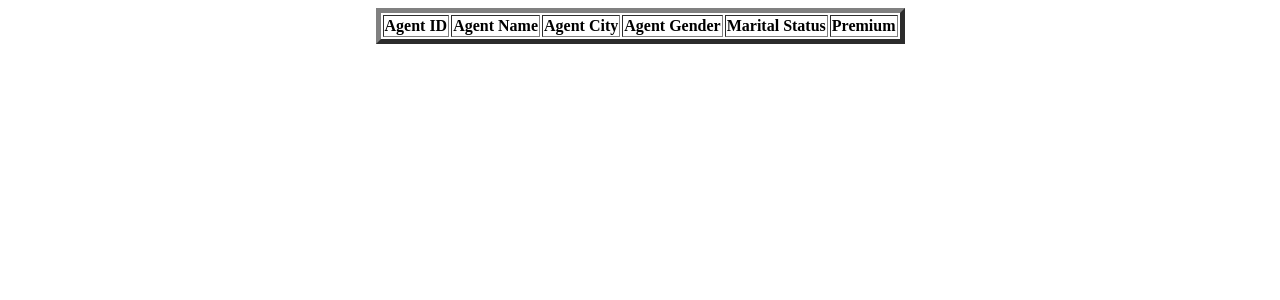
Repository: Guptaji153/Test002
Page: http://localhost/exam/ShowAgent.jsp
The author's editor kept a copy of each file at every save. The page is drawn from the files as they stood at one save, then again after the next save.
The browser window is 1280 px wide. The pictures show the whole page.
The page is served by Tomcat 9. Other server files are loaded and not shown. Queries for data that is not in the repository find no rows.

Above is the page before, as saved 2025-05-06 10:12:01.

### Day2/exam/src/main/webapp/ShowAgent.jsp
<%@page import="com.java.exam.model.Agent"%>
<%@page import="java.util.List"%>
<%@page import="com.java.exam.dao.AgentDaoImpl"%>
<%@page import="com.java.exam.dao.AgentDao"%>
<%@ page language="java" contentType="text/html; charset=ISO-8859-1"
    pageEncoding="ISO-8859-1"%>
<!DOCTYPE html>
<html>
<head>
<meta charset="ISO-8859-1">
<title>Insert title here</title>
</head>
<body>

<%  AgentDao dao = new AgentDaoImpl();
    List<Agent> agentList = dao.showAgentDao();
%>

<table border="5" align="center">
    <tr>
        <th>Agent ID</th>
        <th>Agent Name</th>
        <th>Agent City</th>
        <th>Agent Gender</th>
        <th>Marital Status</th>
        <th>Premium</th>
    </tr>

    <% for (Agent agent : agentList) { %>
        <tr>
            <td><%= agent.getAgentID() %></td>
            <td><%= agent.getName() %></td>
            <td><%= agent.getCity() %></td>
            <td><%= agent.getGender() %></td>
            <td><%= agent.getMaritalStatus() %></td>
            <td><%= agent.getPremium() %></td>
                <td><a href="DeleteAgent.jsp?agentID=<%= agent.getAgentID() %>">Delete Agent</a></td>
<td><a href="UpdateAgent.jsp?agentID=<%= agent.getAgentID() %>">Update Agent</a></td>

        </tr>
    <% } %>
</table>


</body>
</html>

### Day2/exam/src/main/java/com/java/exam/dao/AgentDao.java
package com.java.exam.dao;

import java.sql.SQLException;
import java.util.List;

import com.java.exam.model.Agent;

public interface AgentDao {
List<Agent> showAgentDao() throws ClassNotFoundException, SQLException;

String addAgent(Agent agent) throws ClassNotFoundException, SQLException;
}

### Day2/exam/src/main/java/com/java/exam/dao/AgentDaoImpl.java
package com.java.exam.dao;

import java.sql.Connection;
import java.sql.PreparedStatement;
import java.sql.ResultSet;
import java.sql.SQLException;
import java.util.ArrayList;
import java.util.List;

import com.java.exam.model.Agent;
import com.java.exam.model.Gender;
import com.java.exam.util.ConnectionHelper;

public class AgentDaoImpl implements AgentDao{

	Connection connection;
	PreparedStatement psmt;


	@Override
	public List<Agent> showAgentDao() throws ClassNotFoundException, SQLException {
		List<Agent> agentList = new ArrayList<>();
		Agent agent = null;
		connection = ConnectionHelper.getConnection();
		String query = "select * FROM agent";
		psmt = connection.prepareStatement(query);
		ResultSet rs = psmt.executeQuery();
		while(rs.next()) {
			agent = new Agent();
			agent.setAgentID(rs.getInt("agentID"));
			agent.setName(rs.getString("name"));
			agent.setCity(rs.getString("city"));
			agent.setGender(Gender.valueOf(rs.getString("gender")));
			agent.setMaritalStatus(rs.getInt("maritalStatus"));
			agent.setPremium(rs.getDouble("premium"));
			agentList.add(agent);
		}

		return agentList;


	}


	@Override
	public String addAgent(Agent agent) throws ClassNotFoundException, SQLException {
		// TODO Auto-generated method stub
		String query = "INSERT into AGENT(agentID,name,gender,city,maritalStatus,premium) VALUES (?,?,?,?,?,?)";
		connection = ConnectionHelper.getConnection();
		psmt = connection.prepareStatement(query);
		psmt.setInt(1, agent.getAgentID());
		psmt.setString(2, agent.getName());
		psmt.setString(3, agent.getGender().toString());
		psmt.setString(4, agent.getCity());
		psmt.setInt(5, agent.getMaritalStatus());
		psmt.setDouble(6, agent.getPremium());
		psmt.executeUpdate();
		return "Agent Added ";
	}

}

### Day2/exam/src/main/java/com/java/exam/util/ConnectionHelper.java
package com.java.exam.util;



import java.sql.Connection;
import java.sql.DriverManager;
import java.sql.SQLException;
import java.util.ResourceBundle;

public class ConnectionHelper {

	public static Connection getConnection() throws ClassNotFoundException, SQLException {
		ResourceBundle rb = ResourceBundle.getBundle("db");
		String driver = rb.getString("driver");
		String url = rb.getString("url");
		String user = rb.getString("user");
		String password = rb.getString("password");

		Class.forName(driver);
		Connection connection = DriverManager.getConnection(url, user, password);
		return connection;
	}
}

After the next save:
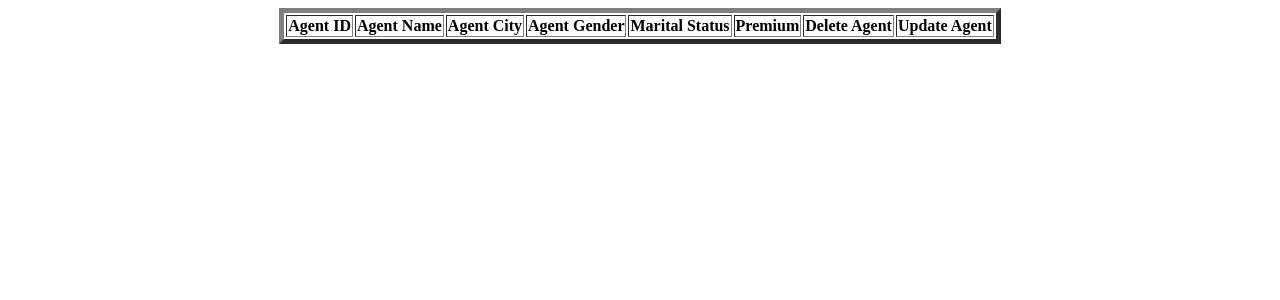
Saved 2 min 46 s later.
--- a/Day2/exam/src/main/webapp/ShowAgent.jsp
+++ b/Day2/exam/src/main/webapp/ShowAgent.jsp
@@ -24,6 +24,8 @@
         <th>Agent Gender</th>
         <th>Marital Status</th>
         <th>Premium</th>
+        <th>Delete Agent</th>
+        <th>Update Agent</th>
     </tr>
 
     <% for (Agent agent : agentList) { %>
